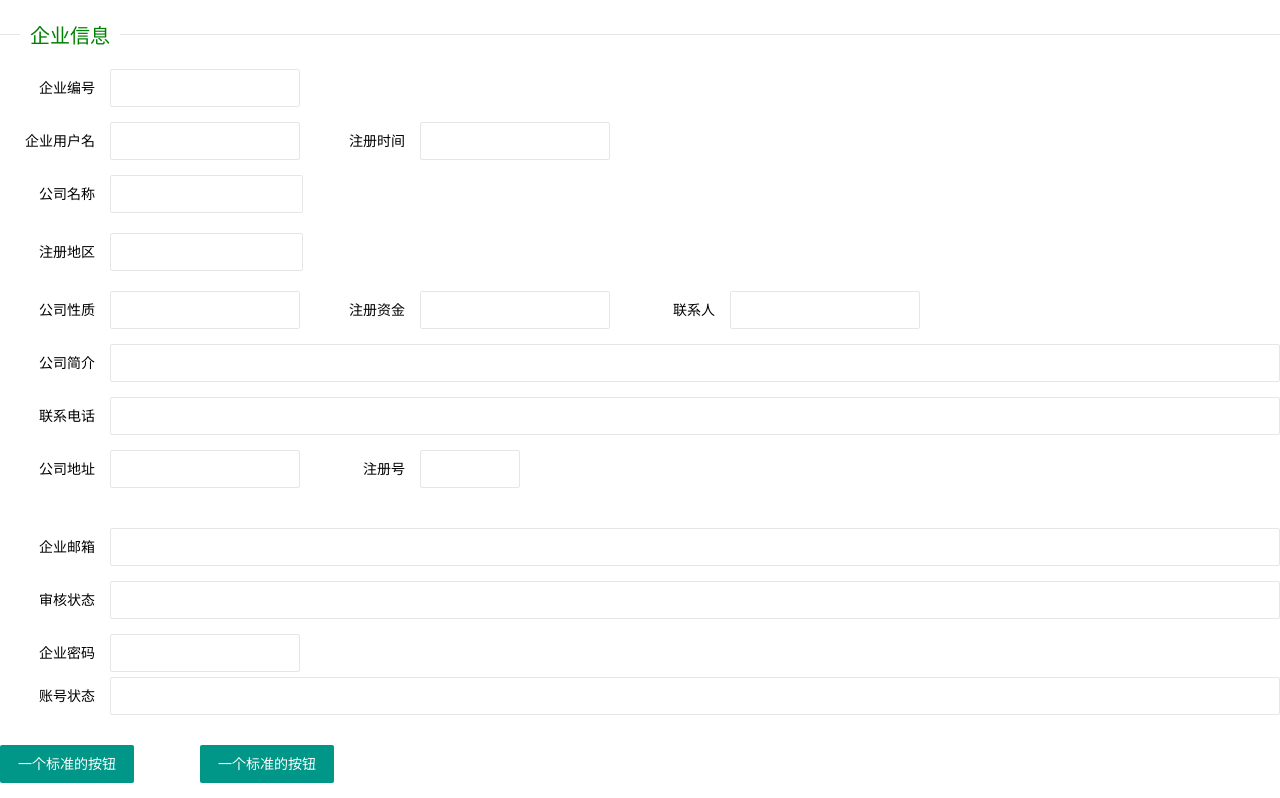
Repository: LongJinhe-coder/java-web-
Page: http://localhost/projectDemo1/displayFirmResume.jsp
The author's editor kept a copy of each file at every save. The page is drawn from the files as they stood at one save, then again after the next save.
The browser window is 1280 px wide. The pictures show the whole page.
The page is served by Tomcat 9. The template is opened directly, without the code that normally fills it, so the values that code supplies are empty.

Above is the page before, as saved 2020-07-28 12:50:48.

After the next save:
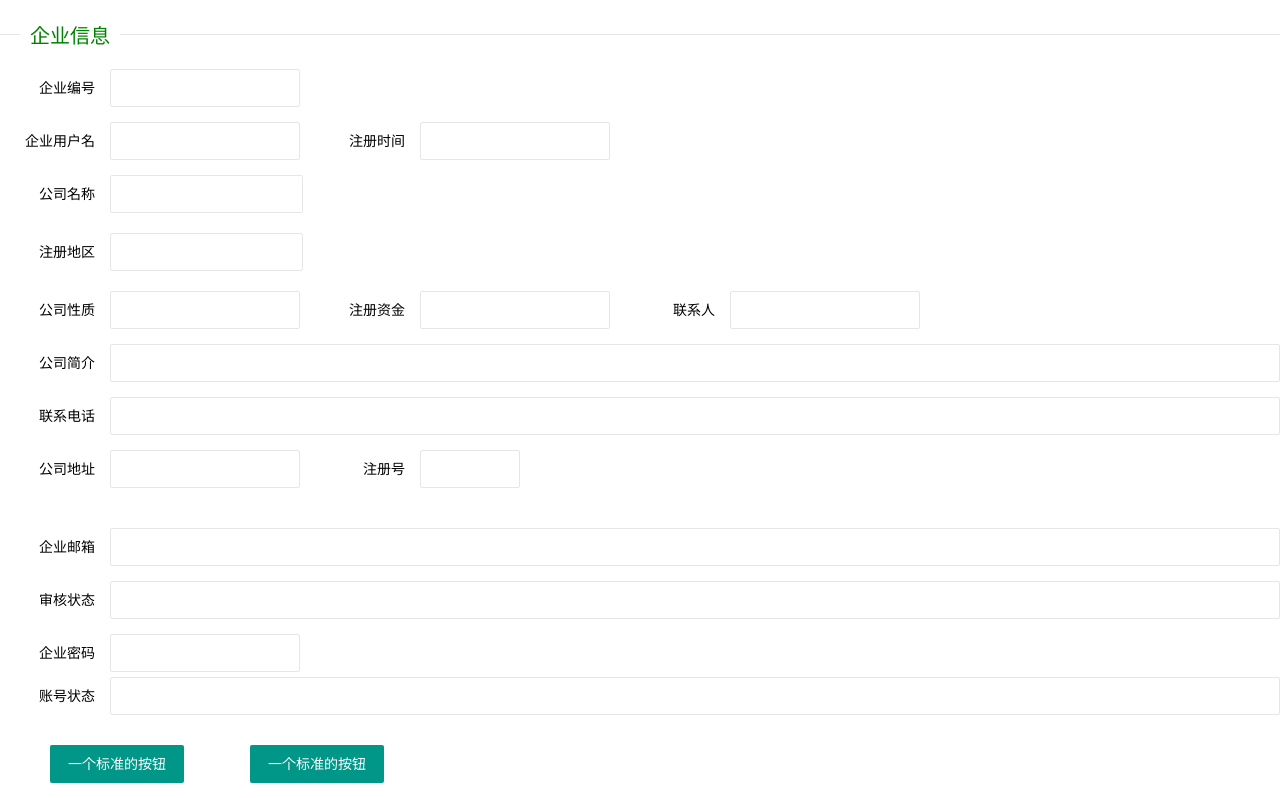
Saved 31 s later.
--- a/MyEclipse CI/projectDemo1/WebRoot/displayFirmResume.jsp
+++ b/MyEclipse CI/projectDemo1/WebRoot/displayFirmResume.jsp
@@ -159,7 +159,7 @@ String basePath = request.getScheme()+"://"+request.getServerName()+":"+request.
     </div>
 
     <div class="layui-form-item">
-      <div class="layui-input-inline">
+      <div class="layui-input-inline" style="margin-left:50px">
         <button type="button" class="layui-btn">一个标准的按钮</button>
       </div>
 
